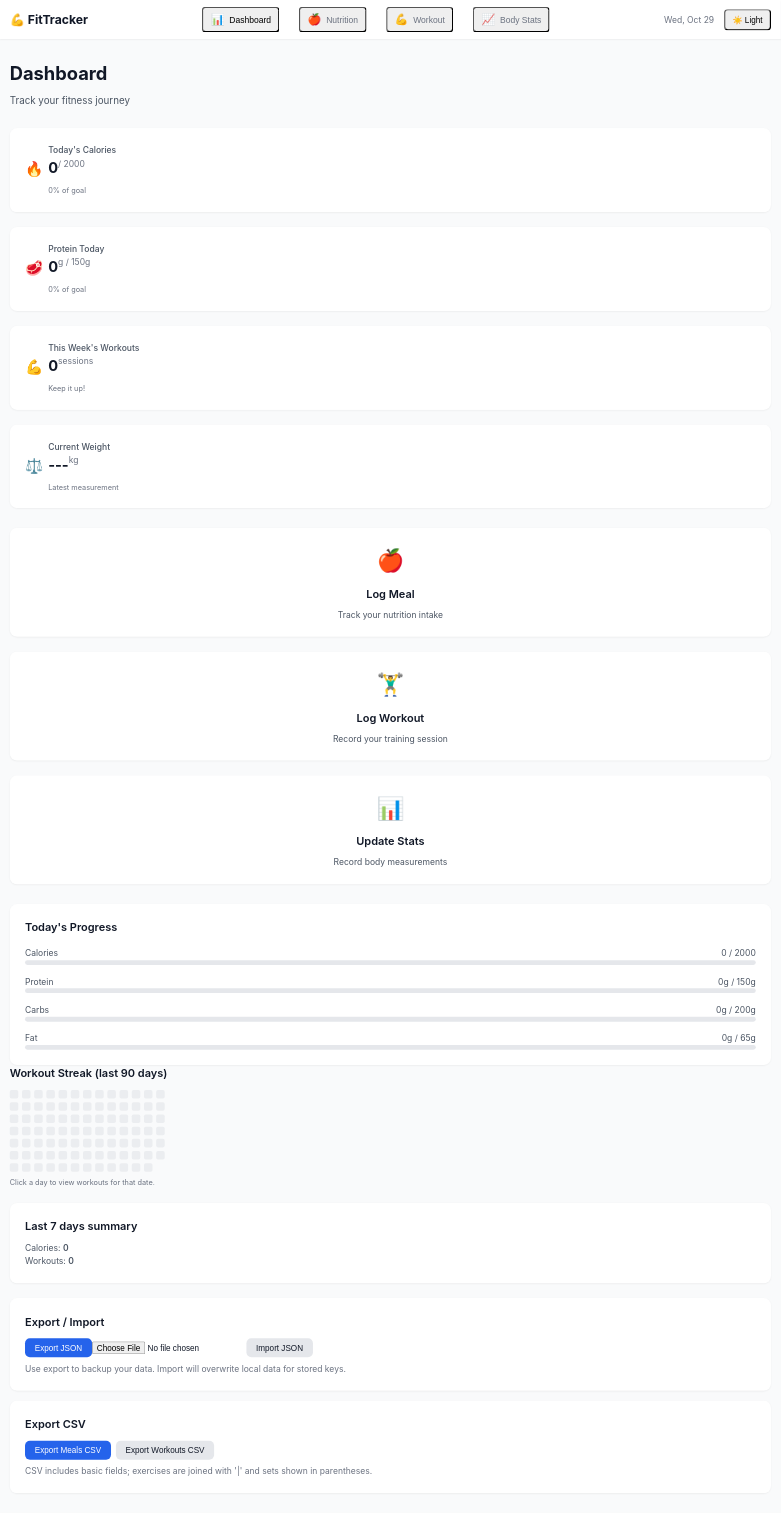
Repository: Apoorv888/Fitness-App
Page: /
An editor plug-in stored every save of this project. The page is shown before and after the next save, followed by the edit.
The browser window is 1280 px wide. The pictures show the whole page, at 61% of full size.
The project was rebuilt for these pictures with package versions that can differ from the ones it lists, and the page was loaded fresh each time. Also part of the build but not shown: vite.config.ts, src/components/MealForm.tsx, src/components/MealList.tsx, src/components/GoalsForm.tsx, src/components/NutritionCharts.tsx, src/pages/Nutrition.tsx, src/components/WorkoutForm.tsx, src/components/WorkoutList.tsx and 9 more.

Above is the page before, as saved 2025-10-31 10:28:36.

### index.html
<!doctype html>
<html lang="en">
  <head>
    <meta charset="UTF-8" />
    <link rel="icon" type="image/svg+xml" href="/vite.svg" />
    <meta name="viewport" content="width=device-width, initial-scale=1.0" />
    <title>fitness-app</title>
  </head>
  <body>
    <div id="root"></div>
    <script type="module" src="/src/main.tsx"></script>
  </body>
</html>

### src/main.tsx
import { StrictMode, useEffect } from 'react'
import { createRoot } from 'react-dom/client'
import './index.css'
import App from './App.tsx'
import { useMealStore } from './store/mealStore'
import { useWorkoutStore } from './store/workoutStore'
import { useBodyStatsStore } from './store/bodyStatsStore'
import { useGoalsStore } from './store/goalsStore'

function Boot() {
  const { loadMeals } = useMealStore();
  const { loadWorkouts } = useWorkoutStore();
  const { loadBodyStats } = useBodyStatsStore();
  const { loadGoals } = useGoalsStore();

  useEffect(() => {
    loadMeals();
    loadWorkouts();
    loadBodyStats();
    loadGoals();
  }, []);

  return <App />;
}

createRoot(document.getElementById('root')!).render(
  <StrictMode>
    <Boot />
  </StrictMode>,
)

### src/App.tsx
import React, { useState } from 'react';
import { Navbar } from './components/Navbar';
import { Dashboard } from './pages/Dashboard';
import { Nutrition } from './pages/Nutrition';
import { Workout } from './pages/Workout';
import { BodyStats } from './pages/BodyStats';
import './App.css';

function App() {
  const [activeTab, setActiveTab] = useState('dashboard');

  // Listen for external navigation requests (CustomEvent 'request-nav')
  React.useEffect(() => {
    const handler = (e: any) => {
      const tab = e?.detail?.tab;
      if (tab) setActiveTab(tab);
    };
    window.addEventListener('request-nav', handler as EventListener);
    return () => window.removeEventListener('request-nav', handler as EventListener);
  }, []);

  const renderActiveTab = () => {
    switch (activeTab) {
      case 'dashboard':
        return <Dashboard />;
      case 'nutrition':
        return <Nutrition />;
      case 'workout':
        return <Workout />;
      case 'stats':
        return <BodyStats />;
      default:
        return <Dashboard />;
    }
  };

  return (
    <div className="min-h-screen bg-gray-50">
      <Navbar activeTab={activeTab} onTabChange={setActiveTab} />
      <main>
        {renderActiveTab()}
      </main>
    </div>
  );
}

export default App;

### src/store/mealStore.ts
import { create } from 'zustand';
import { v4 as uuidv4 } from 'uuid';
import type { Meal } from '../types';
import { saveToStorage, loadFromStorage } from '../utils/helpers';
import { STORAGE_KEYS } from '../utils/constants';

interface MealStore {
  meals: Meal[];
  addMeal: (meal: Omit<Meal, 'id' | 'createdAt'>) => void;
  deleteMeal: (id: string) => void;
  updateMeal: (id: string, updates: Partial<Meal>) => void;
  getMealsByDate: (date: string) => Meal[];
  getTodayMacros: () => { calories: number; protein: number; carbs: number; fat: number };
  loadMeals: () => void;
}

export const useMealStore = create<MealStore>((set, get) => ({
  meals: [],

  addMeal: (mealData) => {
    const newMeal: Meal = {
      ...mealData,
      id: uuidv4(),
      createdAt: new Date(),
    };

    const updatedMeals = [...get().meals, newMeal];
    set({ meals: updatedMeals });
    saveToStorage(STORAGE_KEYS.MEALS, updatedMeals);
  },

  deleteMeal: (id) => {
    const updatedMeals = get().meals.filter(meal => meal.id !== id);
    set({ meals: updatedMeals });
    saveToStorage(STORAGE_KEYS.MEALS, updatedMeals);
  },

  updateMeal: (id, updates) => {
    const updatedMeals = get().meals.map(meal =>
      meal.id === id ? { ...meal, ...updates } : meal
    );
    set({ meals: updatedMeals });
    saveToStorage(STORAGE_KEYS.MEALS, updatedMeals);
  },

  getMealsByDate: (date) => {
    return get().meals.filter(meal => meal.date === date);
  },

  getTodayMacros: () => {
    const today = new Date().toISOString().split('T')[0];
    const todayMeals = get().getMealsByDate(today);

    return todayMeals.reduce(
      (totals, meal) => ({
        calories: totals.calories + meal.calories,
        protein: totals.protein + meal.protein,
        carbs: totals.carbs + meal.carbs,
        fat: totals.fat + meal.fat,
      }),
      { calories: 0, protein: 0, carbs: 0, fat: 0 }
    );
  },

  loadMeals: () => {
    const storedMeals = loadFromStorage(STORAGE_KEYS.MEALS);
    if (storedMeals) {
      set({ meals: storedMeals });
    }
  },
}));

### src/store/workoutStore.ts
import { create } from 'zustand';
import { v4 as uuidv4 } from 'uuid';
import type { Workout } from '../types';
import { saveToStorage, loadFromStorage } from '../utils/helpers';
import { STORAGE_KEYS } from '../utils/constants';

interface WorkoutStore {
  workouts: Workout[];
  addWorkout: (workout: Omit<Workout, 'id' | 'createdAt'>) => void;
  deleteWorkout: (id: string) => void;
  updateWorkout: (id: string, updates: Partial<Workout>) => void;
  getWorkoutsByDate: (date: string) => Workout[];
  getWorkoutsByWeek: (startDate: string) => Workout[];
  loadWorkouts: () => void;
}

export const useWorkoutStore = create<WorkoutStore>((set, get) => ({
  workouts: [],

  addWorkout: (workoutData) => {
    const newWorkout: Workout = {
      ...workoutData,
      id: uuidv4(),
      createdAt: new Date(),
    };

    const updatedWorkouts = [...get().workouts, newWorkout];
    set({ workouts: updatedWorkouts });
    saveToStorage(STORAGE_KEYS.WORKOUTS, updatedWorkouts);
  },

  deleteWorkout: (id) => {
    const updatedWorkouts = get().workouts.filter(workout => workout.id !== id);
    set({ workouts: updatedWorkouts });
    saveToStorage(STORAGE_KEYS.WORKOUTS, updatedWorkouts);
  },

  updateWorkout: (id, updates) => {
    const updatedWorkouts = get().workouts.map(workout =>
      workout.id === id ? { ...workout, ...updates } : workout
    );
    set({ workouts: updatedWorkouts });
    saveToStorage(STORAGE_KEYS.WORKOUTS, updatedWorkouts);
  },

  getWorkoutsByDate: (date) => {
    return get().workouts.filter(workout => workout.date === date);
  },

  getWorkoutsByWeek: (startDate) => {
    const start = new Date(startDate);
    const end = new Date(start);
    end.setDate(start.getDate() + 6);

    return get().workouts.filter(workout => {
      const workoutDate = new Date(workout.date);
      return workoutDate >= start && workoutDate <= end;
    });
  },

  loadWorkouts: () => {
    const storedWorkouts = loadFromStorage(STORAGE_KEYS.WORKOUTS);
    if (storedWorkouts) {
      set({ workouts: storedWorkouts });
    }
  },
}));

### src/store/goalsStore.ts
import { create } from 'zustand';
import type { UserGoals } from '../types';
import { saveToStorage, loadFromStorage } from '../utils/helpers';
import { STORAGE_KEYS } from '../utils/constants';

interface UserGoalsStore {
  goals: UserGoals;
  updateGoals: (updates: Partial<UserGoals>) => void;
  loadGoals: () => void;
}

const defaultGoals: UserGoals = {
  dailyCalories: 2000,
  dailyProtein: 150,
  dailyCarbs: 200,
  dailyFat: 65,
  activityLevel: 1.375, // Lightly active
  goal: 'maintain',
};

export const useGoalsStore = create<UserGoalsStore>((set, get) => ({
  goals: defaultGoals,

  updateGoals: (updates) => {
    const updatedGoals = { ...get().goals, ...updates };
    set({ goals: updatedGoals });
    saveToStorage(STORAGE_KEYS.USER_GOALS, updatedGoals);
  },

  loadGoals: () => {
    const storedGoals = loadFromStorage(STORAGE_KEYS.USER_GOALS);
    if (storedGoals) {
      set({ goals: { ...defaultGoals, ...storedGoals } });
    }
  },
}));

### src/components/Navbar.tsx
import React from 'react';
import { useTheme } from '../hooks/useTheme';

interface NavbarProps {
  activeTab: string;
  onTabChange: (tab: string) => void;
}

const navItems = [
  { id: 'dashboard', label: 'Dashboard', icon: '📊' },
  { id: 'nutrition', label: 'Nutrition', icon: '🍎' },
  { id: 'workout', label: 'Workout', icon: '💪' },
  { id: 'stats', label: 'Body Stats', icon: '📈' },
];

export const Navbar: React.FC<NavbarProps> = ({ activeTab, onTabChange }) => {
  const { theme, toggle } = useTheme();
  return (
    <nav className="shadow-sm border-b border-gray-200" style={{ background: 'var(--card-bg)' }}>
      <div className="max-w-7xl mx-auto px-4 sm:px-6 lg:px-8">
        <div className="flex justify-between h-16">
          <div className="flex items-center">
            <div className="flex-shrink-0">
              <h1 className="text-xl font-bold text-primary-600">
                💪 FitTracker
              </h1>
            </div>
          </div>

          <div className="flex items-center space-x-8">
            {navItems.map((item) => (
              <button
                key={item.id}
                onClick={() => onTabChange(item.id)}
                className={`flex items-center space-x-2 px-3 py-2 rounded-md text-sm font-medium transition-colors duration-200 ${
                  activeTab === item.id
                    ? 'bg-primary-50 text-primary-700 border-b-2 border-primary-600'
                    : 'text-gray-500 hover:text-gray-700 hover:bg-gray-50'
                }`}
              >
                <span className="text-lg">{item.icon}</span>
                <span>{item.label}</span>
              </button>
            ))}
          </div>

          <div className="flex items-center space-x-4">
            <div className="text-sm" style={{ color: 'var(--muted)' }}>
              {new Date().toLocaleDateString('en-US', {
                weekday: 'short', month: 'short', day: 'numeric'
              })}
            </div>

            <button onClick={toggle} className="px-3 py-2 rounded-md" aria-label="Toggle theme">
              {theme === 'dark' ? '🌙 Dark' : '☀️ Light'}
            </button>
          </div>
        </div>
      </div>
    </nav>
  );
};

### src/utils/helpers.ts
// Date utilities
import { format, startOfWeek, endOfWeek, eachDayOfInterval, isToday } from 'date-fns';

export const formatDate = (date: Date) => format(date, 'yyyy-MM-dd');
export const formatDisplayDate = (date: Date) => format(date, 'MMM dd, yyyy');
export const formatTime = (date: Date) => format(date, 'HH:mm');

export const getWeekDays = (date: Date) => {
  const start = startOfWeek(date, { weekStartsOn: 1 }); // Monday
  const end = endOfWeek(date, { weekStartsOn: 1 });
  return eachDayOfInterval({ start, end });
};

export const isTodayDate = (date: Date) => isToday(date);

// Calculate BMI
export const calculateBMI = (weight: number, height: number) => {
  return (weight / (height * height)) * 10000; // height in cm
};

// Calculate calories needed for goal
export const calculateCalorieGoal = (
  weight: number,
  height: number,
  age: number,
  gender: 'male' | 'female',
  activityLevel: number,
  goal: 'lose' | 'maintain' | 'gain'
) => {
  // Mifflin-St Jeor Equation
  let bmr;
  if (gender === 'male') {
    bmr = 10 * weight + 6.25 * height - 5 * age + 5;
  } else {
    bmr = 10 * weight + 6.25 * height - 5 * age - 161;
  }

  const tdee = bmr * activityLevel;

  switch (goal) {
    case 'lose':
      return Math.round(tdee - 500); // 1 lb per week
    case 'gain':
      return Math.round(tdee + 500); // 1 lb per week
    default:
      return Math.round(tdee);
  }
};

// Format numbers
export const formatNumber = (num: number, decimals: number = 1) => {
  return Number(num.toFixed(decimals));
};

// Local storage helpers
export const saveToStorage = (key: string, data: any) => {
  localStorage.setItem(key, JSON.stringify(data));
};

export const loadFromStorage = (key: string) => {
  const stored = localStorage.getItem(key);
  return stored ? JSON.parse(stored) : null;
};

### src/utils/constants.ts
// App constants
export const STORAGE_KEYS = {
  MEALS: 'fitness-app-meals',
  WORKOUTS: 'fitness-app-workouts',
  BODY_STATS: 'fitness-app-body-stats',
  USER_GOALS: 'fitness-app-user-goals',
} as const;

export const ACTIVITY_LEVELS = {
  SEDENTARY: 1.2,
  LIGHTLY_ACTIVE: 1.375,
  MODERATELY_ACTIVE: 1.55,
  VERY_ACTIVE: 1.725,
  EXTREMELY_ACTIVE: 1.9,
} as const;

export const WORKOUT_TYPES = [
  'Push',
  'Pull',
  'Legs',
  'Upper',
  'Lower',
  'Full Body',
  'Cardio',
  'Rest',
] as const;

export const MEAL_TYPES = [
  'Breakfast',
  'Lunch',
  'Dinner',
  'Snack',
] as const;

export const DEFAULT_MACRO_RATIOS = {
  protein: 0.3,
  carbs: 0.4,
  fat: 0.3,
} as const;

export const BODY_MEASUREMENT_TYPES = [
  'weight',
  'bodyFat',
  'muscle',
  'waist',
  'chest',
  'arms',
  'thighs',
] as const;

export type WorkoutType = typeof WORKOUT_TYPES[number];
export type MealType = typeof MEAL_TYPES[number];
export type BodyMeasurementType = typeof BODY_MEASUREMENT_TYPES[number];

### src/hooks/useTheme.ts
import { useEffect, useState } from 'react';

const STORAGE_KEY = 'fitness-app-theme';

export const useTheme = () => {
  const [theme, setTheme] = useState<'light' | 'dark'>(() => {
    try {
      const stored = localStorage.getItem(STORAGE_KEY);
      if (stored === 'dark' || stored === 'light') return stored;
    } catch (_) {}
    // default follow prefers-color-scheme
    if (typeof window !== 'undefined' && window.matchMedia && window.matchMedia('(prefers-color-scheme: dark)').matches) {
      return 'dark';
    }
    return 'light';
  });

  useEffect(() => {
    try { localStorage.setItem(STORAGE_KEY, theme); } catch (_) {}
    if (theme === 'dark') {
      document.documentElement.setAttribute('data-theme', 'dark');
    } else {
      document.documentElement.removeAttribute('data-theme');
    }
  }, [theme]);

  const toggle = () => setTheme(t => t === 'dark' ? 'light' : 'dark');

  return { theme, setTheme, toggle } as const;
};

### src/components/StatCard.tsx
import React from 'react';

interface StatCardProps {
  title: string;
  value: string | number;
  unit?: string;
  icon: string;
  trend?: 'up' | 'down' | 'stable';
  subtitle?: string;
  color?: 'blue' | 'green' | 'orange' | 'purple';
}

export const StatCard: React.FC<StatCardProps> = ({
  title,
  value,
  unit,
  icon,
  trend,
  subtitle,
  color = 'blue'
}) => {
  const trendIcons = {
    up: '↗️',
    down: '↘️',
    stable: '➡️',
  };

  return (
    <div className="card hover:shadow-md transition-shadow">
      <div className="flex items-center justify-between">
        <div className="flex items-center space-x-2">
          <div className="text-2xl">{icon}</div>
          <div>
            <h3 className="text-sm font-medium text-gray-600">{title}</h3>
            <div className="flex items-baseline space-x-1">
              <span className="text-2xl font-bold text-gray-900">{value}</span>
              {unit && <span className="text-sm text-gray-500">{unit}</span>}
            </div>
            {subtitle && (
              <p className="text-xs text-gray-500 mt-2">{subtitle}</p>
            )}
          </div>
        </div>

        {trend && (
          <div className="text-lg">
            {trendIcons[trend]}
          </div>
        )}
      </div>
    </div>
  );
};

### src/components/ExportImport.tsx
import React, { useRef } from 'react';
import { STORAGE_KEYS } from '../utils/constants';

const KEYS = [STORAGE_KEYS.MEALS, STORAGE_KEYS.WORKOUTS, STORAGE_KEYS.BODY_STATS, STORAGE_KEYS.USER_GOALS];

export const ExportImport: React.FC = () => {
  const fileRef = useRef<HTMLInputElement | null>(null);

  const exportAll = () => {
    const out: any = {};
    for (const k of KEYS) {
      const v = localStorage.getItem(k);
      out[k] = v ? JSON.parse(v) : null;
    }
    const blob = new Blob([JSON.stringify(out, null, 2)], { type: 'application/json' });
    const url = URL.createObjectURL(blob);
    const a = document.createElement('a');
    a.href = url;
    a.download = `fittracker-backup-${new Date().toISOString().slice(0,10)}.json`;
    a.click();
    URL.revokeObjectURL(url);
  };

  const importFile = () => {
    const f = fileRef.current?.files?.[0];
    if (!f) return alert('Select a JSON file to import');
    const reader = new FileReader();
    reader.onload = () => {
      try {
        const parsed = JSON.parse(reader.result as string);
        for (const k of KEYS) {
          if (parsed[k] !== undefined && parsed[k] !== null) {
            localStorage.setItem(k, JSON.stringify(parsed[k]));
          }
        }
        alert('Import complete. Reloading page to apply data.');
        window.location.reload();
      } catch (e) {
        alert('Invalid JSON file');
      }
    };
    reader.readAsText(f);
  };

  return (
    <div className="card">
      <h3 className="text-lg font-semibold mb-3">Export / Import</h3>
      <div className="flex items-center space-x-3">
        <button onClick={exportAll} className="btn-primary">Export JSON</button>
        <input ref={fileRef} type="file" accept="application/json" />
        <button onClick={importFile} className="btn-secondary">Import JSON</button>
      </div>
      <p className="text-sm text-gray-500 mt-2">Use export to backup your data. Import will overwrite local data for stored keys.</p>
    </div>
  );
};

Loaded but not shown: src/pages/Dashboard.tsx (204 lines, source omitted); src/index.css (280 lines, source omitted); src/components/WorkoutHeatmap.tsx (96 lines, source omitted); src/components/ExportCSV.tsx (49 lines, source omitted); src/store/bodyStatsStore.ts (75 lines, source omitted)

After the next save:
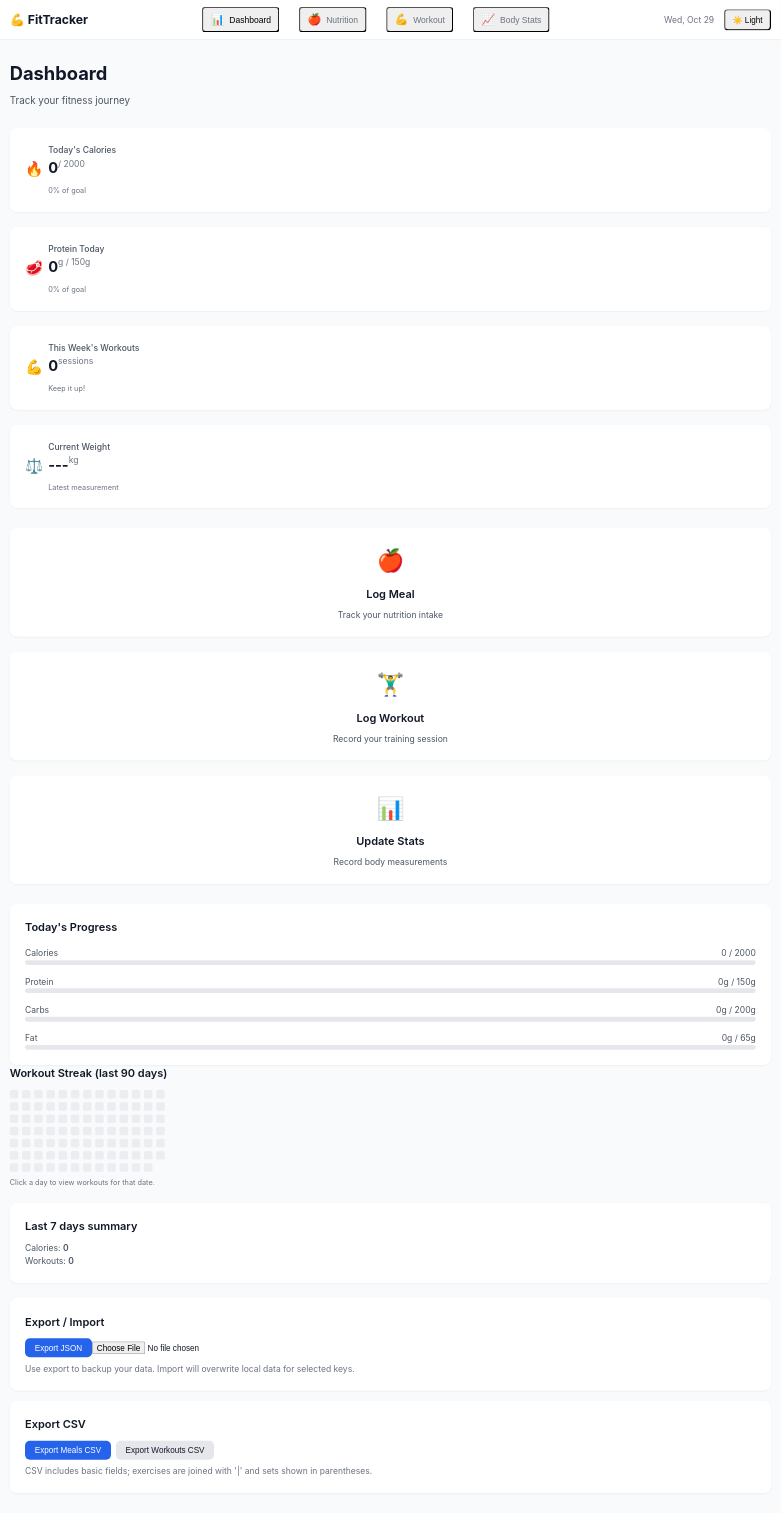
Saved 5 min 14 s later.
--- a/src/components/ExportImport.tsx
+++ b/src/components/ExportImport.tsx
@@ -1,10 +1,12 @@
-import React, { useRef } from 'react';
+import React, { useRef, useState } from 'react';
 import { STORAGE_KEYS } from '../utils/constants';
 
 const KEYS = [STORAGE_KEYS.MEALS, STORAGE_KEYS.WORKOUTS, STORAGE_KEYS.BODY_STATS, STORAGE_KEYS.USER_GOALS];
 
 export const ExportImport: React.FC = () => {
   const fileRef = useRef<HTMLInputElement | null>(null);
+  const [preview, setPreview] = useState<Record<string, any> | null>(null);
+  const [selectedKeys, setSelectedKeys] = useState<Record<string, boolean>>({});
 
   const exportAll = () => {
     const out: any = {};
@@ -21,20 +23,23 @@ export const ExportImport: React.FC = () => {
     URL.revokeObjectURL(url);
   };
 
-  const importFile = () => {
+  const onSelectFile = () => {
     const f = fileRef.current?.files?.[0];
-    if (!f) return alert('Select a JSON file to import');
+    if (!f) return;
     const reader = new FileReader();
     reader.onload = () => {
       try {
         const parsed = JSON.parse(reader.result as string);
+        const found: Record<string, any> = {};
+        const sel: Record<string, boolean> = {};
         for (const k of KEYS) {
           if (parsed[k] !== undefined && parsed[k] !== null) {
-            localStorage.setItem(k, JSON.stringify(parsed[k]));
+            found[k] = parsed[k];
+            sel[k] = true;
           }
         }
-        alert('Import complete. Reloading page to apply data.');
-        window.location.reload();
+        setPreview(found);
+        setSelectedKeys(sel);
       } catch (e) {
         alert('Invalid JSON file');
       }
@@ -42,15 +47,48 @@ export const ExportImport: React.FC = () => {
     reader.readAsText(f);
   };
 
+  const applyImport = () => {
+    if (!preview) return alert('No import preview available');
+    for (const k of Object.keys(selectedKeys)) {
+      if (selectedKeys[k]) {
+        localStorage.setItem(k, JSON.stringify(preview[k]));
+      }
+    }
+    alert('Import applied. Reloading to apply data.');
+    window.location.reload();
+  };
+
   return (
     <div className="card">
       <h3 className="text-lg font-semibold mb-3">Export / Import</h3>
-      <div className="flex items-center space-x-3">
-        <button onClick={exportAll} className="btn-primary">Export JSON</button>
-        <input ref={fileRef} type="file" accept="application/json" />
-        <button onClick={importFile} className="btn-secondary">Import JSON</button>
+
+      <div className="space-y-3">
+        <div className="flex items-center space-x-3">
+          <button onClick={exportAll} className="btn-primary">Export JSON</button>
+          <input ref={fileRef} type="file" accept="application/json" onChange={onSelectFile} />
+        </div>
+
+        {preview ? (
+          <div>
+            <div className="text-sm text-gray-600 mb-2">Import preview - select which keys to import:</div>
+            <div className="space-y-2">
+              {Object.keys(preview).map(k => (
+                <label key={k} className="flex items-center space-x-2">
+                  <input type="checkbox" checked={!!selectedKeys[k]} onChange={e => setSelectedKeys(s => ({ ...s, [k]: e.target.checked }))} />
+                  <span className="text-sm">{k} — {Array.isArray(preview[k]) ? `${preview[k].length} entries` : typeof preview[k]}</span>
+                </label>
+              ))}
+            </div>
+
+            <div className="flex justify-end space-x-2 mt-3">
+              <button onClick={() => { setPreview(null); setSelectedKeys({}); if (fileRef.current) fileRef.current.value = ''; }} className="btn-secondary">Cancel</button>
+              <button onClick={applyImport} className="btn-primary">Apply Selected</button>
+            </div>
+          </div>
+        ) : (
+          <p className="text-sm text-gray-500 mt-2">Use export to backup your data. Import will overwrite local data for selected keys.</p>
+        )}
       </div>
-      <p className="text-sm text-gray-500 mt-2">Use export to backup your data. Import will overwrite local data for stored keys.</p>
     </div>
   );
 };
